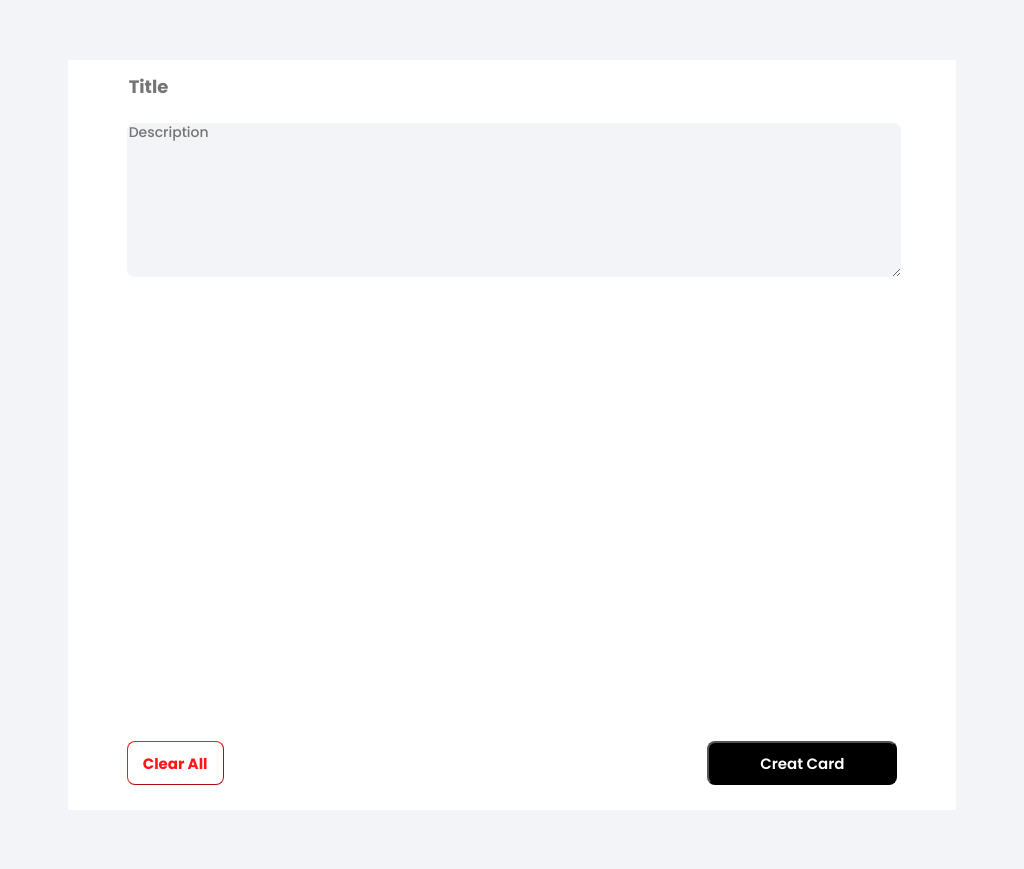
Repository: ReyhanehRahmani/TO-DO
Page: index.html
The author's editor kept a copy of each file at every save. The page is drawn from the files as they stood at one save, then again after the next save.
The browser window is 1024 px wide. The pictures show the whole page.
Some web fonts or font styles are not loaded; a fallback is used.

Above is the page before, as saved 2025-06-08 14:13:32.

After the next save:
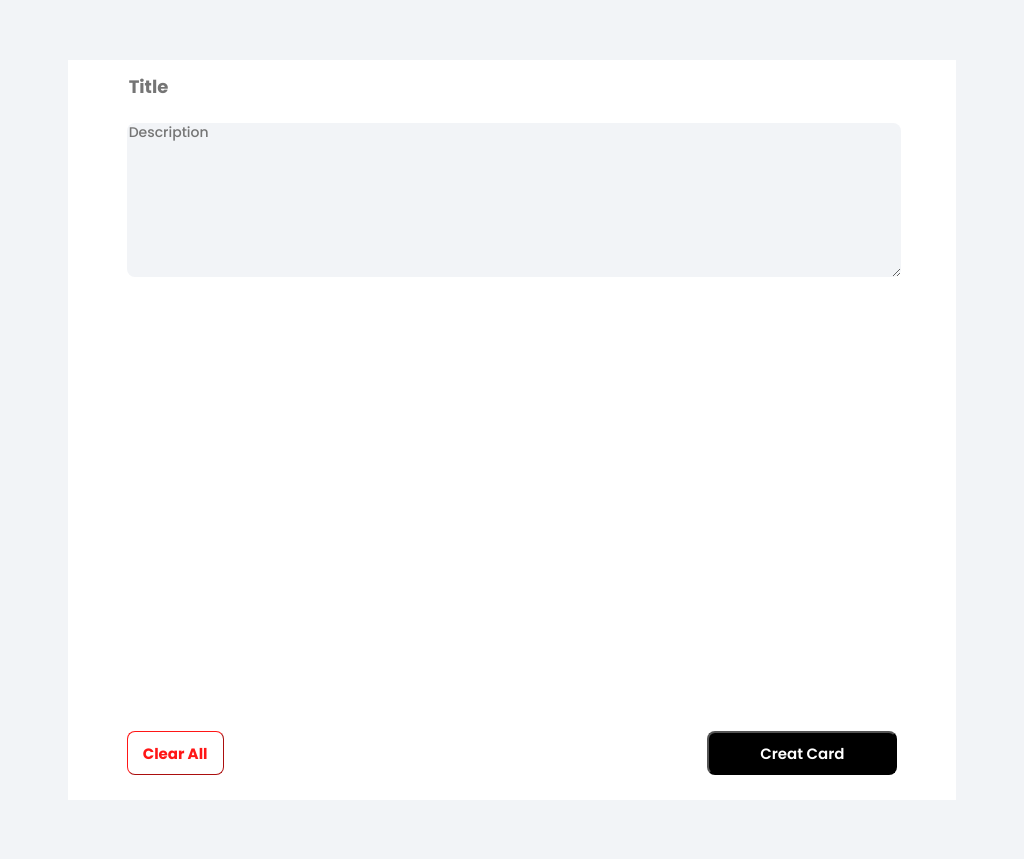
Saved 10 s later.
--- a/style.css
+++ b/style.css
@@ -51,7 +51,7 @@ body{
     display: flex;
     flex-direction: column;
     justify-content: space-between;
-    gap: 460px;
+    gap: 450px;
 }
 
 #buttons{
